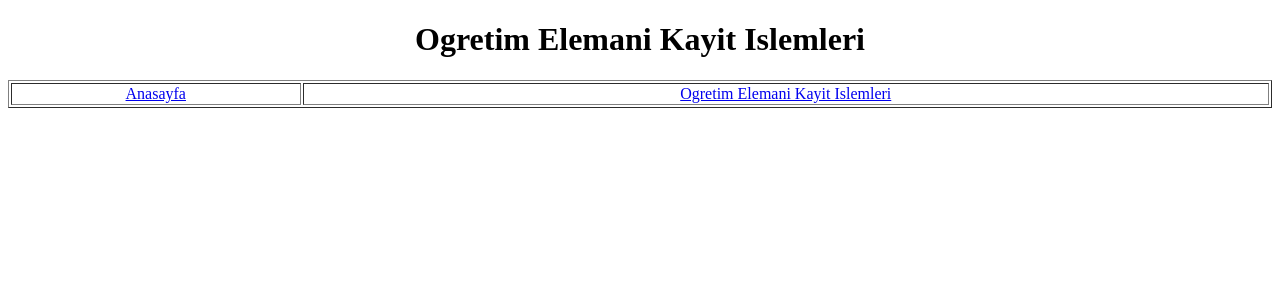
Repository: Egemen-ve-Burakhan-internet-final/final
Page: http://localhost/ogretim/ogretmen_kayit.jsp
These files come from the project's save history. The page is drawn as it stood at one moment and after the next save; the edit follows.
The browser window is 1280 px wide. The pictures show the whole page.
The page is served by Tomcat 9. Other server files are loaded and not shown.

Above is the page before, as saved 2020-05-25 14:10:37.

### okul/ogretim/WebContent/ogretmen_kayit.jsp
<%@ page language="java" contentType="text/html; charset=ISO-8859-1"
    pageEncoding="ISO-8859-1"%>
<!DOCTYPE html>
<html>
<head>
<meta charset="ISO-8859-1">
<title>Insert title here</title>
</head>
<body>
	<div>
		<div>
			<h1 style="text-align:center">Ogretim Elemani Kayit Islemleri</h1>
		</div>
		<div>
			<table border=1px; width="100%" align= center>
				<tr>
					<td style="text-align:center"><a href="index.jsp">Anasayfa</a></td>
					<td style="text-align:center"><a href="ogretmen_kayit.jsp">Ogretim Elemani Kayit Islemleri</a></td>
				</tr>
			</table>
		</div>
	</div>
</body>
</html>

After the next save:
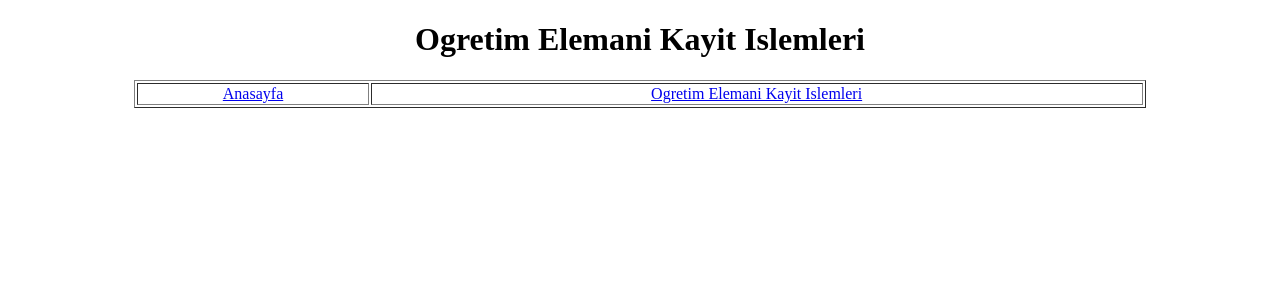
Saved 7 s later.
--- a/okul/ogretim/WebContent/ogretmen_kayit.jsp
+++ b/okul/ogretim/WebContent/ogretmen_kayit.jsp
@@ -12,7 +12,7 @@
 			<h1 style="text-align:center">Ogretim Elemani Kayit Islemleri</h1>
 		</div>
 		<div>
-			<table border=1px; width="100%" align= center>
+			<table border=1px; width="80%" align= center>
 				<tr>
 					<td style="text-align:center"><a href="index.jsp">Anasayfa</a></td>
 					<td style="text-align:center"><a href="ogretmen_kayit.jsp">Ogretim Elemani Kayit Islemleri</a></td>
